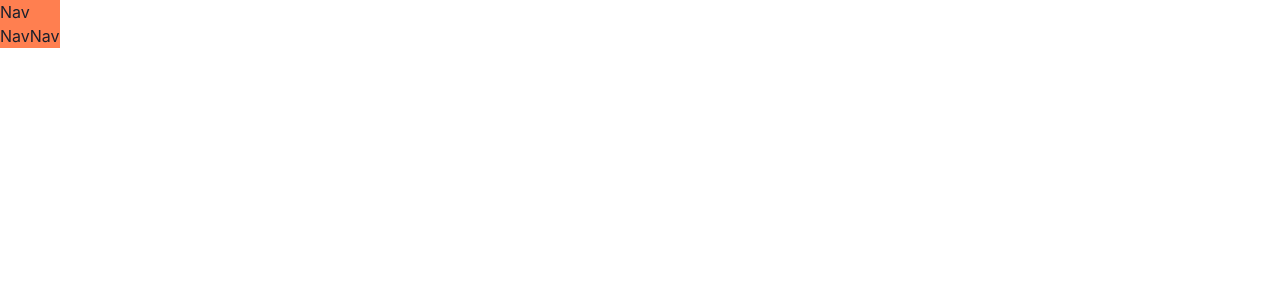
Repository: heyCaroline/game-hub
Page: /
The author's editor kept a copy of each file at every save. The page is drawn from the files as they stood at one save, then again after the next save.
The browser window is 1280 px wide. The pictures show the whole page.
The project was rebuilt for these pictures with package versions that can differ from the ones it lists, and the page was loaded fresh each time. Also part of the build but not shown: vite.config.ts.

Above is the page before, as saved 2025-05-16 17:07:19.

### src/main.tsx
import { StrictMode } from "react";
import { createRoot } from "react-dom/client";
import "./index.css";
import { ChakraProvider } from "@chakra-ui/react";
import App from "./App.tsx";

createRoot(document.getElementById("root")!).render(
  <StrictMode>
    <ChakraProvider>
      <App />
    </ChakraProvider>
  </StrictMode>
);

### src/App.tsx
import { Grid, GridItem, Show } from "@chakra-ui/react";

function App() {
  return (
    <>
      <Grid
        templateAreas={{
          base: `"nav" "main"`,
          lg: `"nav nav" "aside main"`,
        }}
      >
        <GridItem area="nav" bg="coral">
          Nav
        </GridItem>
        <Show above="lg">
          <GridItem area="aside" bg="coral">
            Nav
          </GridItem>{" "}
        </Show>
        <GridItem area="main" bg="coral">
          Nav
        </GridItem>
      </Grid>
    </>
  );
}

export default App;

Loaded but not shown: index.html (common file); src/index.css (common file)

After the next save:
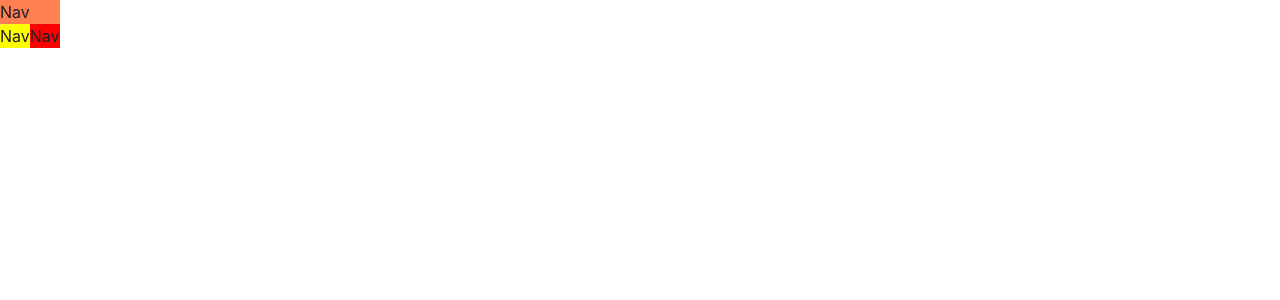
Saved 13 s later.
--- a/src/App.tsx
+++ b/src/App.tsx
@@ -13,11 +13,11 @@ function App() {
           Nav
         </GridItem>
         <Show above="lg">
-          <GridItem area="aside" bg="coral">
+          <GridItem area="aside" bg="yellow">
             Nav
           </GridItem>{" "}
         </Show>
-        <GridItem area="main" bg="coral">
+        <GridItem area="main" bg="red">
           Nav
         </GridItem>
       </Grid>
